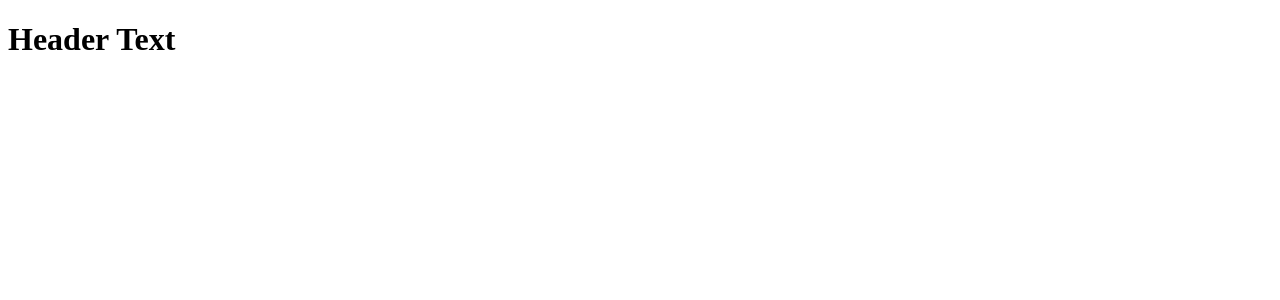
Repository: aaronestre/odin-landingpage
Page: index.html
The author's editor kept a copy of each file at every save. The page is drawn from the files as they stood at one save, then again after the next save.
The browser window is 1280 px wide. The pictures show the whole page.

Above is the page before, as saved 2025-02-12 19:31:51.

After the next save:
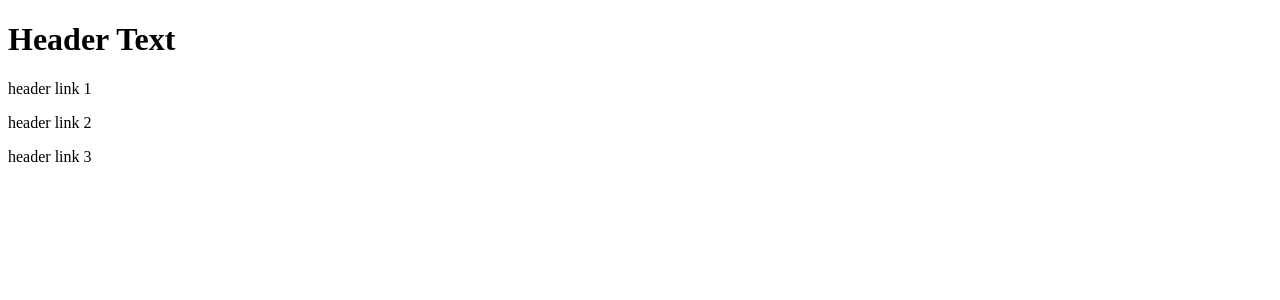
Saved 32 s later.
--- a/index.html
+++ b/index.html
@@ -9,6 +9,9 @@
     <body>
         <header>
             <h1>Header Text</h1>
+            <p>header link 1</p>
+            <p>header link 2</p>
+            <p>header link 3</p>
         </header>
     </body>
 </html>
